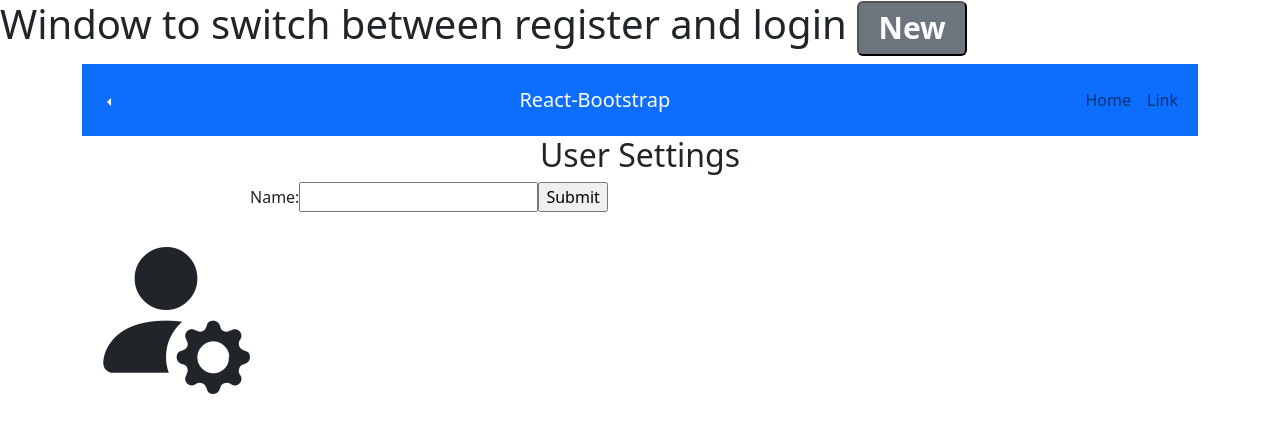
Repository: christenis98/RealWorldApp
Page: / (app in bank-frontend/)
An editor plug-in stored every save of this project. The page is shown before and after the next save, followed by the edit.
The browser window is 1280 px wide. The pictures show the whole page.
The project was rebuilt for these pictures with package versions that can differ from the ones it lists, and the page was loaded fresh each time. Also part of the build but not shown: bank-frontend/src/App.css.

Above is the page before, as saved 2022-11-24 12:36:12.

### bank-frontend/src/index.js
import React from 'react';
import ReactDOM from 'react-dom/client';
import './index.css';
import App from './App';
import reportWebVitals from './reportWebVitals';
import 'bootstrap/dist/css/bootstrap.min.css';

import 'bootstrap-icons/font/bootstrap-icons.css';

const root = ReactDOM.createRoot(document.getElementById('root'));
root.render(
  <React.StrictMode>
    <App />
  </React.StrictMode>
);

// If you want to start measuring performance in your app, pass a function
// to log results (for example: reportWebVitals(console.log))
// or send to an analytics endpoint. Learn more: https://bit.ly/CRA-vitals
reportWebVitals();

### bank-frontend/src/App.js
import logo from './logo.svg';
import './App.css';
import Badge from 'react-bootstrap/Badge'
import DropStartComponent from './js/DropStartComponent';
import UserSettings from './js/UserSettings';


function App() {
  return (
    <div>
    <h1>
      Window to switch between register and login{' '}
      <Badge bg="secondary" as="Button">
        New
      </Badge>
    </h1>
    <DropStartComponent/>
    <UserSettings/>
  </div>
  );
}

export default App;

### bank-frontend/src/js/DropStartComponent.js
import Dropdown from "react-bootstrap/Dropdown";
import DropdownButton from "react-bootstrap/DropdownButton";
import Nav from "react-bootstrap/Nav";
import Navbar from "react-bootstrap/Navbar";
import NavDropdown from "react-bootstrap/NavDropdown";
import Container from "react-bootstrap/Container";

const DropStartComponent = () => {
  return (
    <Container>
      <Navbar bg="primary" variant="dark" expand="lg">
        <Container>
          <DropdownButton
            key={"start"}
            id={`dropdown-button-drop-${"start"}`}
            drop={"start"}
            variant="primary"
          >
            <Dropdown.Item eventKey="1">Action</Dropdown.Item>
            <Dropdown.Item eventKey="2">Another action</Dropdown.Item>
            <Dropdown.Item eventKey="3">Something else here</Dropdown.Item>
            <Dropdown.Divider />
            <Dropdown.Item eventKey="4">Separated link</Dropdown.Item>
          </DropdownButton>
          <Navbar.Brand href="#home">React-Bootstrap</Navbar.Brand>
          <Navbar.Toggle aria-controls="basic-navbar-nav" />
          <Navbar id="basic-navbar-nav">
            <Nav className="me-auto">
              <Nav.Link href="#home">Home</Nav.Link>
              <Nav.Link href="#link">Link</Nav.Link>
            </Nav>
          </Navbar>
        </Container>
      </Navbar>
    </Container>
  );
};

export default DropStartComponent;

### bank-frontend/src/js/UserSettings.jsx
import React from 'react'

function UserSettings() {
    return (
        <div className="container d-flex flex-column bd-highlight">
            <div className="d-flex flex-row bd-highlight mx-auto ">
                <h2>User Settings</h2>
            </div>

            <div className="d-flex flex-row bd-highlight mb-3">
                <i className="bi bi-person-fill-gear" style={{ fontSize: "1050%" }}></i>
                <div>
                    <label>
                        Name:
                        <input type="text" name="name" />
                    </label>
                    <input type="submit" value="Submit" />
                </div>
            </div>
        </div>
    )
}


export default UserSettings;

Loaded but not shown: bank-frontend/public/index.html (common file); bank-frontend/src/index.css (common file); bank-frontend/src/reportWebVitals.js (common file)

After the next save:
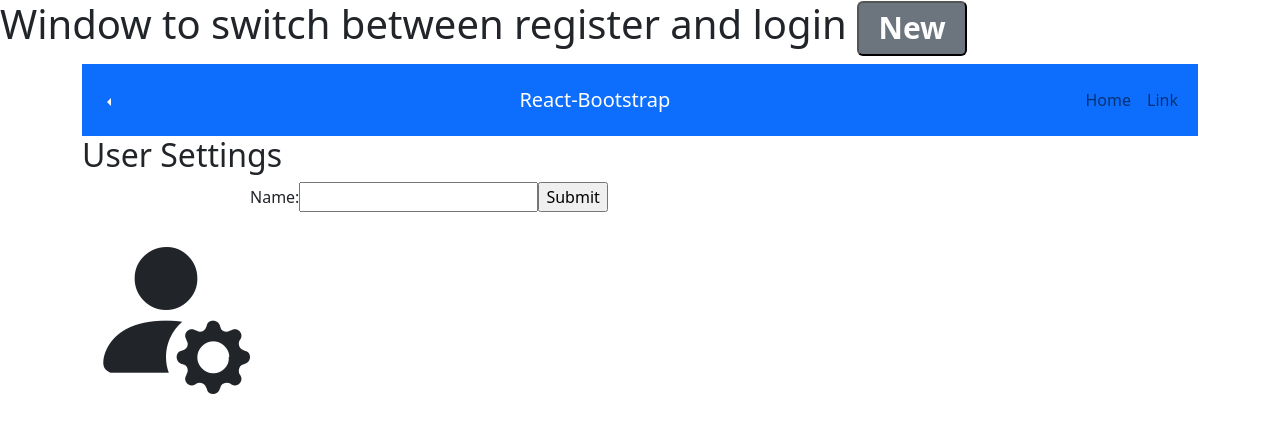
Saved 52 s later.
--- a/bank-frontend/src/js/UserSettings.jsx
+++ b/bank-frontend/src/js/UserSettings.jsx
@@ -3,7 +3,7 @@ import React from 'react'
 function UserSettings() {
     return (
         <div className="container d-flex flex-column bd-highlight">
-            <div className="d-flex flex-row bd-highlight mx-auto ">
+            <div className="d-flex flex-row bd-highlight mx-left ">
                 <h2>User Settings</h2>
             </div>
 
